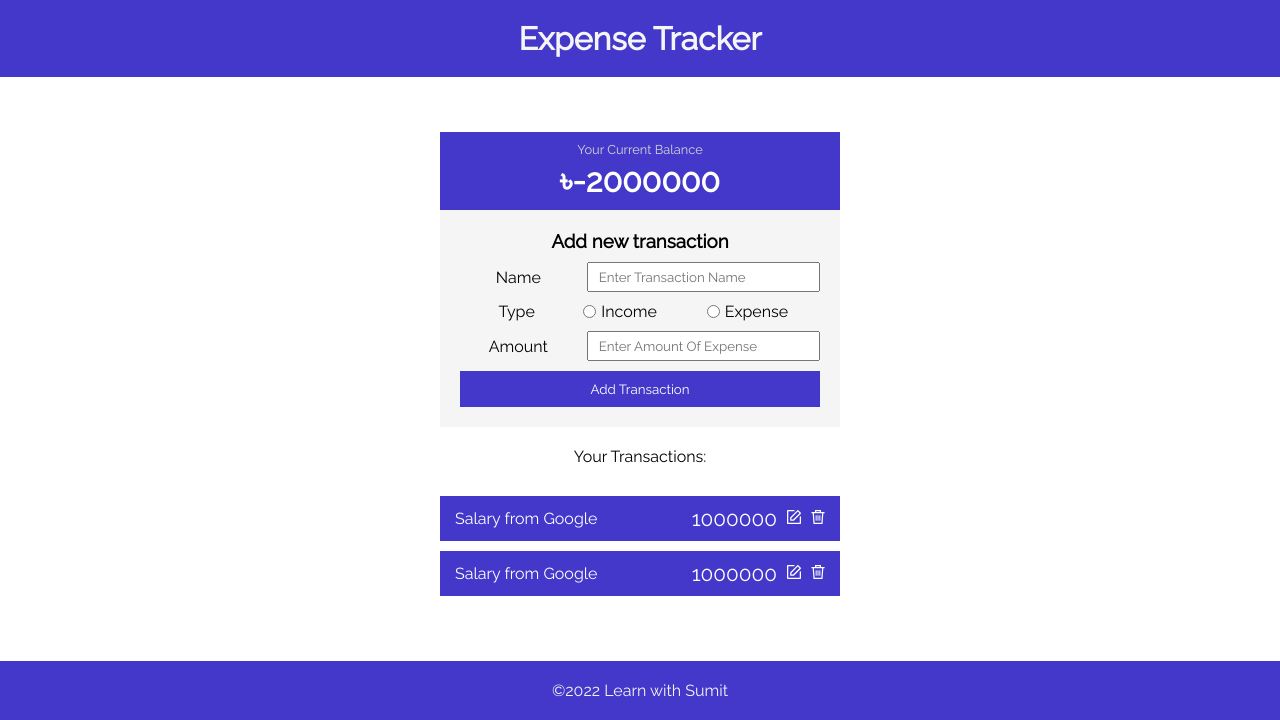
Repository: Tanvir3744/redux-expense-tracker
Page: /
The author's editor kept a copy of each file at every save. The page is drawn from the files as they stood at one save, then again after the next save.
The browser window is 1280 px wide. The pictures show the whole page.
The project was rebuilt for these pictures with package versions that can differ from the ones it lists, and the page was loaded fresh each time. Requests to the local data server were answered from the project's data file.

Above is the page before, as saved 2022-11-15 01:45:18.

### public/index.html
<!DOCTYPE html>
<html lang="en">
  <head>
    <meta charset="utf-8" />
    <link rel="icon" href="%PUBLIC_URL%/images/favicon.png" />
    <meta name="viewport" content="width=device-width, initial-scale=1" />
    <meta name="theme-color" content="#000000" />
    <meta
      name="description"
      content="Web site created using create-react-app"
    />
    <link rel="apple-touch-icon" href="%PUBLIC_URL%/logo192.png" />
    <!--
      manifest.json provides metadata used when your web app is installed on a
      user's mobile device or desktop. See https://developers.google.com/web/fundamentals/web-app-manifest/
    -->
    <link rel="manifest" href="%PUBLIC_URL%/manifest.json" />
    <link rel="stylesheet" href="%PUBLIC_URL%/css/style.css">

    <title>Monthly Expense Tracker</title>
  </head>
  <body>
    <noscript></noscript>
    <div id="root"></div>

  </body>
</html>

### src/app/store.js
import { configureStore, getDefaultMiddleware } from '@reduxjs/toolkit';
import transactionReducer from '../features/moneyTransApi/transSlice'

export const store = configureStore({
  reducer: {
    counter: transactionReducer,
  },
});

### src/App.js
import React from 'react';
import './App.css';
import Balance from './components/Balance';
import Form from './components/Form';
import Transations from './components/Transations';

function App() {
  return (
    <div className="App">
      <div className="header">
        <h1>Expense Tracker</h1>
      </div>
      <div className="main">
        <div className="container">
          <Balance />
          <Form />
          <Transations />
        </div>
      </div>
      {/* footer component */}
      <div className="footer">&copy;2022 Learn with Sumit</div>
    </div>
  );
}

export default App;

### src/features/moneyTransApi/transSlice.js
import { createAsyncThunk, createSlice } from "@reduxjs/toolkit"
import { getTransactions, addTransactions, updateTransactions, deleteTransactions } from './transApi'
// initializing the state
const initialState = {
    transactions: [],
    isLoading: false,
    isError: false,
    error: '',
    editing: {}
}

// async thunk for get request
export const fetchTransactions = createAsyncThunk('transaction/fetchTransaction', async () => {
    const transactions = await getTransactions()
    return transactions;
})

// async thunk for post data to server
export const createTransaction = createAsyncThunk('transaction/createTransaction', async (data) => {
    const transaction = await addTransactions(data);
    return transaction;
})

// async thunk for update data to server
export const updatingTransaction = createAsyncThunk('transaction/updateTransaction', async ({ id, data }) => {
    const editTransaction = await updateTransactions(id, data )  // here we always whould pass plain data not object
    return editTransaction;
})

// async thunk for deleting data from the server
export const deleteTransaction = createAsyncThunk('transaction/deleteTransaction', async (id) => {
    const delTransaction = await deleteTransactions(id);
    return delTransaction;
})

const transactionSlice = createSlice({
    name: 'transaction',
    initialState,
    reducers: {
        editActive: (state, action) => {
            state.editing = action.payload;
        },
        editInActive: (state, action) => {
            state.editing = {}
        }
    },
    extraReducers: (builder) => {
        builder
            .addCase(fetchTransactions.pending, (state, action) => {
                state.isLoading = false;
                state.isError = false;
            })
            .addCase(fetchTransactions.fulfilled, (state, action) => {
                state.isLoading = false;
                state.isError = false;
                state.error = '';
                state.transactions = action.payload;
            })
            .addCase(fetchTransactions.rejected, (state, action) => {
                state.isLoading = false;
                state.error = action.error?.message;
                state.isError = true;
                state.transactions = [];
            })
            .addCase(createTransaction.pending, (state, action) => {
                state.isLoading = false;
                state.isError = false;
            })
            .addCase(createTransaction.fulfilled, (state, action) => {
                state.isLoading = false;
                state.isError = false;
                state.error = '';
                state.transactions.push(action.payload);
            })
            .addCase(createTransaction.rejected, (state, action) => {
                state.isLoading = false;
                state.error = action.error?.message;
                state.isError = true;
            })
            .addCase(updatingTransaction.pending, (state, action) => {
                state.isLoading = false;
                state.isError = false;
            })
            .addCase(updatingTransaction.fulfilled, (state, action) => {
                state.isLoading = false;
                state.isError = false;
                state.error = '';
                const indexToUpdate = state.transactions.findIndex(transaction => transaction.id === action.payload.id)
                state.transactions[indexToUpdate] = action.payload;
            })
            .addCase(updatingTransaction.rejected, (state, action) => {
                state.isLoading = false;
                state.error = action.error?.message;
                state.isError = true;
            })
            .addCase(deleteTransaction.pending, (state, action) => {
                state.isLoading = false;
                state.isError = false;
            })
            .addCase(deleteTransaction.fulfilled, (state, action) => {
                state.isLoading = false;
                state.isError = false;
                state.error = '';
                state.transactions = state.transactions.filter(transaction => transaction.id !== action.meta.arg)
            })
            .addCase(deleteTransaction.rejected, (state, action) => {
                state.isLoading = false;
                state.error = action.error?.message;
                state.isError = true;
            })
    }
})

export default transactionSlice.reducer;
export const { editActive, editInActive} = transactionSlice.actions;

### src/components/Balance.js
import React from 'react'
import { useSelector } from 'react-redux'

export default function Balance() {
    const {transactions} = useSelector(state => state.counter)
    //calculating the balnce
    const calBalance = () => {
        let income = 0;
        transactions.forEach(transaction => {
            if (transactions.type === 'expense') {
                income =income + transaction.amount;
            } else {
                income -= transaction.amount;
            }
        });
        return income;
    }
    return (
        <div className="top_card">
            <p>Your Current Balance</p>
            <h3>
                <span>৳</span>
                <span>{calBalance()}</span>
            </h3>
        </div>
    )
}

### src/components/Form.js
import React, { useEffect, useState } from 'react'
import { useDispatch, useSelector } from 'react-redux'
import { createTransaction, updatingTransaction } from '../features/moneyTransApi/transSlice'

export default function Form() {
    const [name, setName] = useState('')
    const [type, setType] = useState('')
    const [amount, setAmount] = useState('')
    const [edit, setEdit] = useState(false)


    const dispatch = useDispatch()
    const { isLoading, isError, error } = useSelector(state => state?.counter)

    const { editing } = useSelector(state => state?.counter) || {};
    //whenever we want to re-render somthing to our ui (update) we have to use useEffect for updating these things\
    /* useEffect(() => {
        const { id, name, amount, type } = editing || {};
        if (id) {
            setEdit(true)
            setName(name)
            setType(type)
            setAmount(amount)
        } else {
            setEdit(false)
            handleResetForm();
        }
    }, [editing, name, amount, type]) */
    useEffect(() => {
        const { id, name, amount, type } = editing || {};
        if (id) {
          setEdit(true);
          setName(name);
          setType(type);
          setAmount(amount);
        } else {
          setEdit(false);
          handleResetForm();
        }
      }, [editing]);

    const handleResetForm = () => {
        //making empty our input fields
        setName('')
        setType('')
        setAmount('')
    }

    const handleCreate = (e) => {
        e.preventDefault();
        dispatch(createTransaction({
            name: name,
            type: type,
            amount: Number(amount)
        }))
        handleResetForm();
    }

    const cancelEditMode = () => {
        setEdit(false)
        handleResetForm()
    }

    const handleUpdate = (e) => {
        e.preventDefault();
        dispatch(updatingTransaction({
            id: editing?.id,
            data: {
                name: name,
                amount: Number(amount),
                type: type,
            }
        }))
        handleResetForm();
    }

    return (
        <div className="form">
            <h3>Add new transaction</h3>

            <form onSubmit={edit ? handleUpdate : handleCreate}>

                <div className="form-group">
                    <label>Name</label>
                    <input
                        id='name'
                        type="text"
                        name="name"
                        placeholder="Enter Transaction Name"
                        value={name}
                        onChange={e => setName(e.target.value)}
                        required
                        className="px-2 py-1 border border-blue-300 focus:outline-none"
                    />
                </div>

                <div className="form-group radio">
                    <label>Type</label>
                    <div className="radio_group">
                        <input
                            type="radio"
                            value="income"
                            name="type"
                            checked={type === 'income'}
                            onChange={(e) => setType('income')}
                            required
                        />
                        <label>Income</label>
                    </div>
                    <div className="radio_group">
                        <input
                            type="radio"
                            value="expense"
                            name="type"
                            placeholder="Expense"
                            checked={type === 'expense'}
                            onChange={e => setType('expense')}
                            required
                        />
                        <label>Expense</label>
                    </div>
                </div>

                <div className="form-group">
                    <label>Amount</label>
                    <input
                        type="number"
                        placeholder="Enter Amount Of Expense"
                        name="amount"
                        value={amount}
                        onChange={e => setAmount(e.target.value)}
                        required
                    />
                </div>
                {
                    !isLoading && isError && (<small className='erorr'>There was an error occured{error}</small>)
                }
                <button disabled={isLoading} type="submit" className="btn">{edit ? "Update Transaction" : "Add Transaction"}</button>
            </form>


            {
                edit && <button className="btn cancel_edit" onClick={cancelEditMode}>Cancel Edit</button>
            }
        </div>
    )
}

### src/components/Transations.js
import React, { useEffect } from 'react'
import { useDispatch, useSelector } from 'react-redux'
import { fetchTransactions } from '../features/moneyTransApi/transSlice'
import AloneTransaction from './AloneTransaction'
export default function Transations() {
    const { isLoading, isError, error, transactions } = useSelector(state => state.counter)

    const dispatch = useDispatch()
    useEffect(() => {
        dispatch(fetchTransactions())
    },[dispatch])

    // decide what to render
    let content;
    if (isLoading && !isError) {
        content = '...loading...';
    }

    if (!isLoading && isError) {
        content = <small className='error'>{error?.message}</small>
    }

    if (!isLoading && !isError && transactions.length === 0) {
        content = <small className="error">No transactions found in queue</small>
    }

    return (
        <>
            <p className="second_heading">Your Transactions:</p>
            <div className="conatiner_of_list_of_transactions">
                <ul>
                    { !isLoading && !isError &&
                        transactions.map(transaction => <AloneTransaction key={transaction.id} transaction={transaction}  /> )
                    }
                </ul>
            </div>
        </>
    )
}

### src/features/moneyTransApi/transApi.js
import axios from '../../utils/axios'

//write get request to get transactions from server with axios
export const getTransactions = async () => {
    const response = await axios.get('/transactions');
    return response.data;
}

/*
post request to server {note: wehenever we need to post some data to server we should pass an object along the url.
But, here we are passing the whole object through a parameter to avoid the syntactical complexity.}
*/
export const addTransactions = async(data) => {
    const response = await axios.post('/transactions', data);
    return response.data;
}


/* update request with axios to make update feature in our application */
export const updateTransactions =async (id, data) => {
    const response = await axios.put(`/transactions/${ id }`, data);
    return response.data;
}

/* delete request with axios */
export const deleteTransactions = async (id) => {
    const response = await axios.delete(`/transactions/${ id }`);
    return response.data;
}

### src/components/AloneTransaction.js
import React from 'react';
import EditImage from '../Assests/images/edit.svg';
import DeleteImage from '../Assests/images/delete.svg'
import { deleteTransaction, editActive } from '../features/moneyTransApi/transSlice';
import { useDispatch } from 'react-redux';
const AloneTransaction = (props) => {
    const {id, name, type, amount} = props.transaction;
    const dispatch = useDispatch()
    const handleEdit = () => {
        dispatch(editActive(props.transaction))
    }

    //handling delete transactions
    const handleDelete = async () => {
        await dispatch(deleteTransaction(id))
        console.log(id)
    }
    return (
        <li className={`transaction ${type}`}>
            <p>{name}</p>
            <div className="right">
                <p>{amount}</p>
                <button onClick={handleEdit} className="link">
                    <img
                        alt='editImage'
                        className="icon"
                        src={EditImage}
                    />
                </button>
                <button className="link" onClick={handleDelete}>
                    <img
                        alt='deleteImage'
                        className="icon"
                        src={DeleteImage}
                    />
                </button>
            </div>
        </li>
    );
};

export default AloneTransaction;

### src/utils/axios.js
import axios from 'axios'
const axiosInstance = axios.create({
    baseURL : 'http://localhost:9000/'
})

export default axiosInstance;

### public/css/style.css
@import url("https://fonts.googleapis.com/css2?family=Raleway&display=swap");

* {
    margin: 0;
    padding: 0;
    box-sizing: border-box;
    font-family: "Raleway", sans-serif;
}

.App {
    display: flex;
    flex-direction: column;
    min-height: 100vh;
}

.header,
.footer {
    padding: 20px;
    text-align: center;
    background-color: #4338ca;
    color: whitesmoke;
}

.main {
    flex-grow: 1;
    display: flex;
}

.container {
    width: 90%;
    max-width: 1024px;
    margin: 20px auto;
    display: flex;
    flex-direction: column;
    justify-content: center;
    align-items: center;
    align-self: center;
}

.top_card {
    background-color: #4338ca;
    color: white;
    padding: 10px 20px;
    min-width: 400px;
}

.top_card p {
    color: #d6d6d6;
    margin-bottom: 5px;
    font-size: 0.8rem;
}

.top_card h3 {
    font-size: 2rem;
}

.form {
    background-color: #f5f5f5;
    padding: 20px;
    width: 400px;
}

.form-group {
    display: grid;
    grid-template-columns: 1fr 2fr;
    gap: 10px;
    margin-top: 10px;
    margin-bottom: 10px;
}

.radio {
    grid-template-columns: 1fr 1fr 1fr;
}

input {
    padding: 5px 10px;
}

.btn {
    width: 100%;
    border: none;
    outline: none;
    cursor: pointer;
    padding: 10px;
    background-color: #4338ca;
    color: white;
    transition: background-color 0.3s ease;
}

.btn:hover {
    background-color: #094d3d;
}

ul {
    list-style: none;
    width: 400px;
}

label {
    display: block;
    align-self: center;
}

.radio_group {
    display: flex;
    align-items: center;
    gap: 5px;
}

.transaction {
    margin: 10px 0;
    color: white;
    padding: 10px 15px;
    display: flex;
    justify-content: space-between;
    align-items: center;
}

.error{
    color: #9e1028;
    font-family:monospace;
}

.income {
    background-color: #4338ca;
}

.expense {
    background-color: #9e1028;
}

.expense {
    background-color: #e6425e;
}

.transaction .right {
    display: flex;
    justify-content: space-between;
    align-items: center;
    gap: 10px;
}

.link {
    background: none;
    color: white;
    cursor: pointer;
    outline: none;
    border: none;
    transition: color 0.3s ease;
}

.link:hover {
    color: #d1f3ff;
}

.icon {
    width: 14px;
    height: 14px;
}

.right {
    display: inline-flex;
    gap: 10;
}

.right p {
    font-size: 1.3rem;
}

.red {
    background-color: #e6425e !important;
}

.cancel_edit {
    margin-top: 10px;
    background-color: #e6425e !important;
}

.cancel_edit:hover {
    background-color: #9e1028 !important;
}

.second_heading {
    margin: 20px 0;
    text-align: left;
}

.conatiner_of_list_of_transactions ul {
    max-height: 500px;
    overflow-y: auto;
}

@media (max-width: 450px) {
    .top_card,
    .form {
        min-width: 90%;
        width: 90%;
    }

    .form-group {
        display: flex;
        flex-direction: column;
        justify-content: left;
        align-items: stretch;
    }

    label {
        align-self: flex-start;
        margin-bottom: 5px;
    }

    .conatiner_of_list_of_transactions {
        width: 90vw;
    }

    ul {
        width: 90vw;
        max-height: 100px;
        overflow-y: auto;
    }

    .transaction {
        width: 90%;
        margin: 10px auto;
    }

    * {
        font-size: 95% !important;
    }
}

### server/db_transactions.json
{
  "transactions": [
    {
      "id": 1,
      "name": "Salary from Google",
      "type": "income",
      "amount": 1000000
    },
    {
      "name": "Salary from Google",
      "type": "income",
      "amount": 1000000,
      "id": 2
    }
  ]
}

Loaded but not shown: src/index.js (common file); src/reportWebVitals.js (common file); src/index.css (common file); src/App.css (common file)

After the next save:
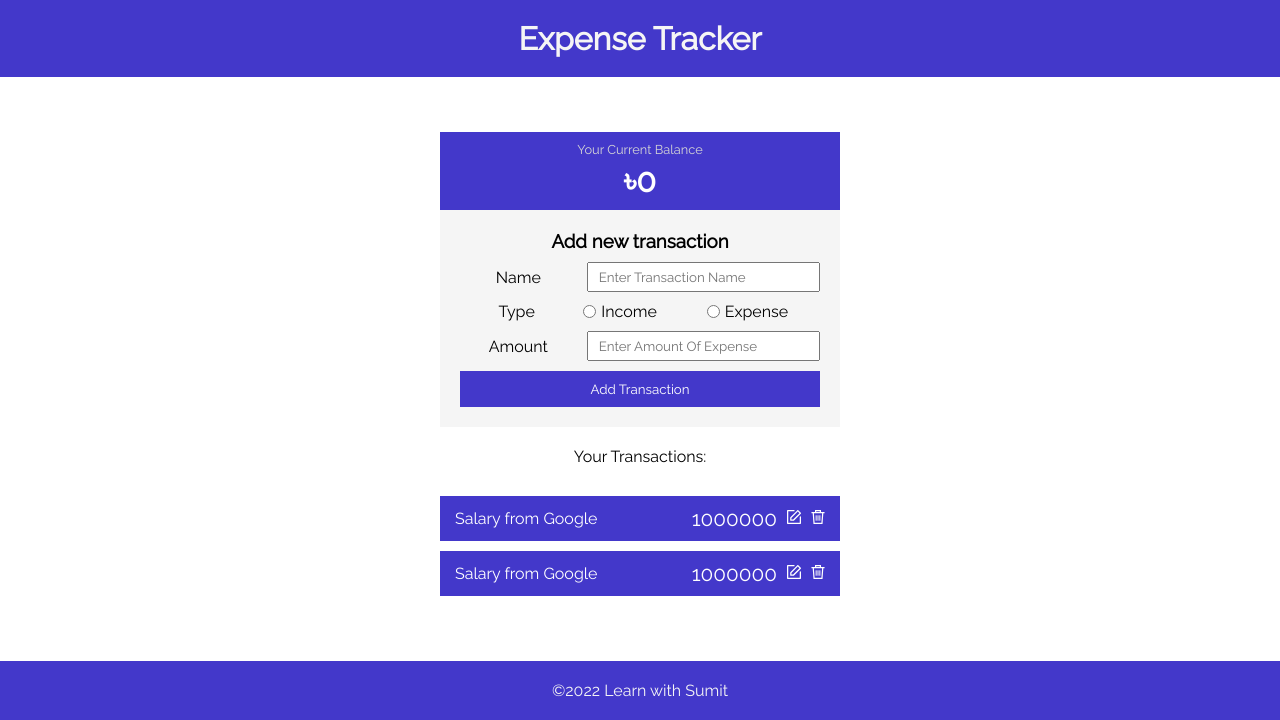
Saved 10 s later.
--- a/src/components/Balance.js
+++ b/src/components/Balance.js
@@ -10,7 +10,7 @@
             if (transactions.type === 'expense') {
                 income =income + transaction.amount;
             } else {
-                income -= transaction.amount;
+                income = transaction.amount - income;
             }
         });
         return income;

After the save that followed:
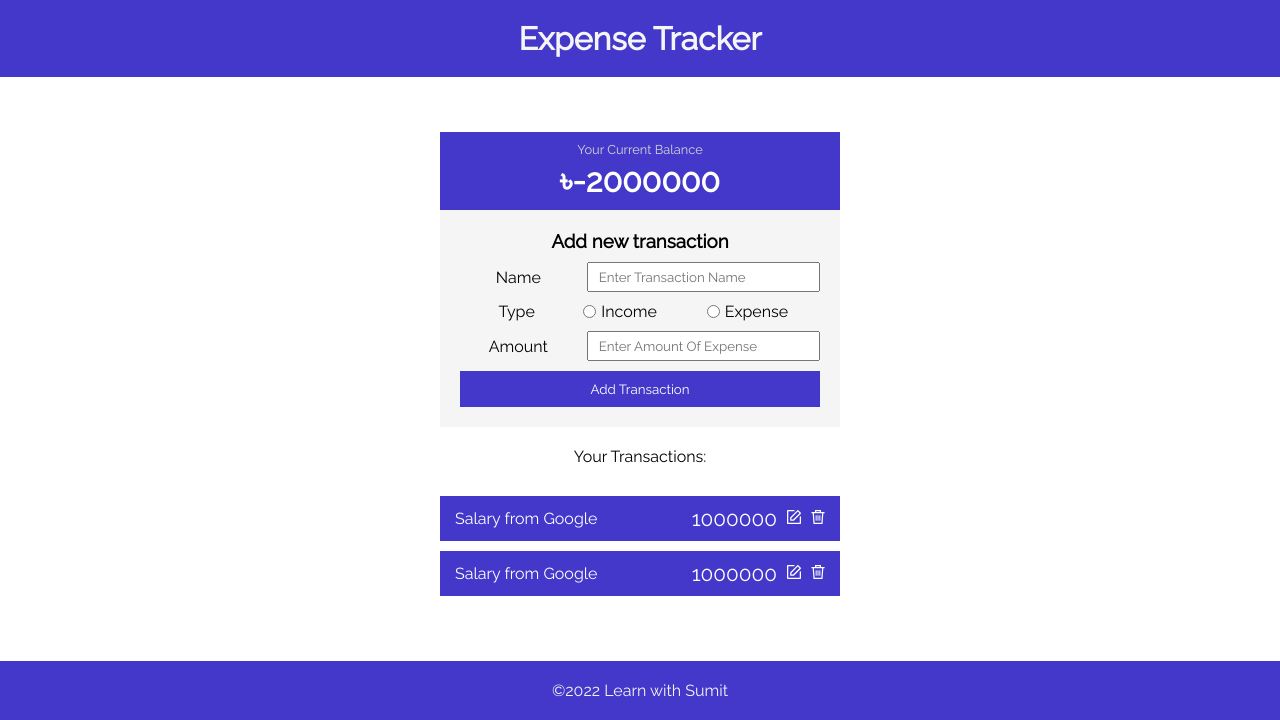
Saved 11 s later.
--- a/src/components/Balance.js
+++ b/src/components/Balance.js
@@ -10,7 +10,7 @@
             if (transactions.type === 'expense') {
                 income =income + transaction.amount;
             } else {
-                income = transaction.amount - income;
+                income = income - transaction.amount;
             }
         });
         return income;
